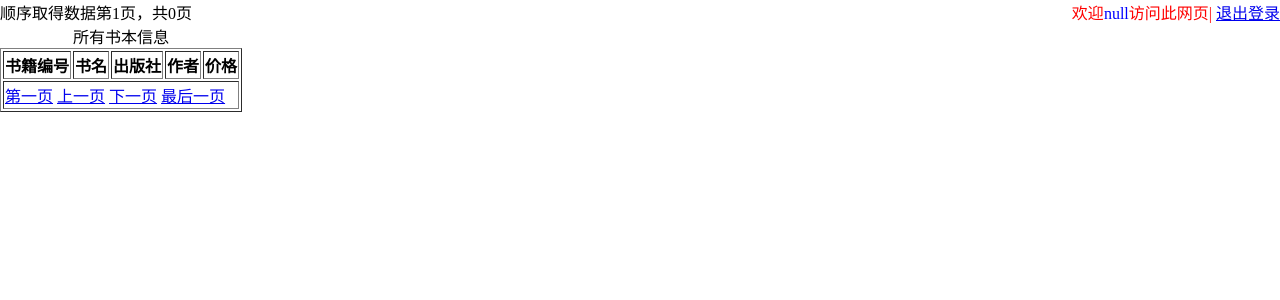
Repository: guirui-li/StudyJavaWeb
Page: http://localhost/JavawebTest/FenServlet?page=1
An editor plug-in stored every save of this project. The page is shown before and after the next save, followed by the edit.
The browser window is 1280 px wide. The pictures show the whole page.
The page is served by Tomcat 9. Other server files are loaded and not shown. Queries for data that is not in the repository find no rows.

Above is the page before, as saved 2019-05-03 07:49:10.

### JavawebTest/WebContent/experiment08/loginSuccess.jsp
<%@ page language="java" contentType="text/html; charset=UTF-8"
    pageEncoding="UTF-8"%>
<%@ page import="java.util.List" %>
<%@ page import="com.guirui.demo04.Book" %>
<!DOCTYPE html>
<html>
<head>
<meta charset="UTF-8">
<title>书本信息</title>
	<style type="text/css">
		body{
			position: relative;
			margin: 0;
			pause: 0;
		}
		#div{
			float: right;
			color: red;
		}
		#a{
			color:red;
		}
		#font{

		}
	</style>
</head>
<body>
	<%

		String name=(String)request.getSession().getAttribute("name");
		int pagee=(Integer)request.getAttribute("currPage");
		int pages=(Integer)request.getAttribute("pages");
	%>
	<div id="div">
		欢迎<font style="color:blue"><%=name%></font>访问此网页|
		<a href="experiment08/login.jsp">退出登录</a>
	</div>
	<div id="font">
		顺序取得数据第<%=pagee %>页，共<%=pages %>页
	</div>
	<table border="1" id="table">
		<caption >所有书本信息</caption>
		<tr>
			<th>书籍编号</th>
			<th>书名</th>
			<th>出版社</th>
			<th>作者</th>
			<th>价格</th>
		</tr>
		<%
			@SuppressWarnings("unchecked")
			List<Book> list=(List<Book>)request.getAttribute("list");
			for(Book b:list){
		%>
		<tr>
			<td><%=b.getBookID() %></td>
			<td><%=b.getBookName() %></td>
			<td><%=b.getPublishing_House() %></td>
			<td><%=b.getAuthor() %></td>
			<td><%=b.getPrice() %></td>
		</tr>
		<%
			}
		%>
		<tr>
			<td colspan=5>
				<%=request.getAttribute("bar") %>
			</td>
		</tr>
	</table>
</body>
</html>

### JavawebTest/src/com/guirui/demo04/FenServlet.java
package com.guirui.demo04;

import java.io.IOException;
import java.util.List;

import javax.servlet.ServletException;
import javax.servlet.annotation.WebServlet;
import javax.servlet.http.HttpServlet;
import javax.servlet.http.HttpServletRequest;
import javax.servlet.http.HttpServletResponse;

/**
 * Servlet implementation class FenServlet
 */
@WebServlet("/FenServlet")
public class FenServlet extends HttpServlet {
	private static final long serialVersionUID = 1L;

    /**
     * @see HttpServlet#HttpServlet()
     */
    public FenServlet() {
        super();
        // TODO Auto-generated constructor stub
    }

	/**
	 * @see HttpServlet#doGet(HttpServletRequest request, HttpServletResponse response)
	 */
	protected void doGet(HttpServletRequest request, HttpServletResponse response) throws ServletException, IOException {
		int currPage=1;      							//当前页数
		if(request.getParameter("page")!=null) {        //与当前页码是否相等
			currPage=Integer.parseInt(request.getParameter("page"));
		}
		Book book=new Book();
		List<Book> list=book.findAll(currPage);        //得到当前页码对应的数据库数据
		request.setAttribute("list", list);
		int pages;           				//总页数
		int count=book.findCount();         //总记录数
		if(count%Book.PAGE_SIZE==0) {       //对总页数赋值
			pages=count/Book.PAGE_SIZE;
		}else {
			pages=count/Book.PAGE_SIZE+1;
		}
		request.setAttribute("currPage", currPage);
		request.setAttribute("pages", pages);
		StringBuffer sb=new StringBuffer();
		sb.append("<a href='/JavawebTest/FenServlet?page="+1+"'>"+"第一页"+"</a>");
		sb.append(" ");
		if(currPage==1) {
			sb.append("<a href='/JavawebTest/FenServlet?page="+1+"'>"+"上一页"+"</a>");
			sb.append(" ");
		}else {
			sb.append("<a href='/JavawebTest/FenServlet?page="+(currPage-1)+"'>"+"上一页"+"</a>");
			sb.append(" ");
		}
		for(int i=1;i<=pages;i++) {
			if(i==currPage) {
				sb.append("<a href='/JavawebTest/FenServlet?page="+i+"' id='a'>"+i+"</a>");
			}else {
				sb.append("<a href='/JavawebTest/FenServlet?page="+i+"'>"+i+"</a>");
			}
			sb.append(" ");
		}
		if(currPage==pages) {
			sb.append("<a href='/JavawebTest/FenServlet?page="+pages+"'>"+"下一页"+"</a>");
			sb.append(" ");
		}else {
			sb.append("<a href='/JavawebTest/FenServlet?page="+(currPage+1)+"'>"+"下一页"+"</a>");
			sb.append(" ");
		}
		sb.append("<a href='/JavawebTest/FenServlet?page="+pages+"'>"+"最后一页"+"</a>");
		sb.append(" ");
		request.setAttribute("bar", sb.toString());
		request.getRequestDispatcher("/experiment08/loginSuccess.jsp").forward(request, response);
	}

	/**
	 * @see HttpServlet#doPost(HttpServletRequest request, HttpServletResponse response)
	 */
	protected void doPost(HttpServletRequest request, HttpServletResponse response) throws ServletException, IOException {
		// TODO Auto-generated method stub
		doGet(request, response);
	}

}

### JavawebTest/src/com/guirui/demo04/Book.java
package com.guirui.demo04;

import java.sql.Connection;
import java.sql.DriverManager;
import java.sql.PreparedStatement;
import java.sql.ResultSet;
import java.sql.SQLException;
import java.sql.Statement;
import java.util.ArrayList;
import java.util.List;

public class Book {
	private static final String forname="com.mysql.cj.jdbc.Driver";
	private static final String url="jdbc:mysql://localhost:3306/customer?serverTimezone=UTC";
	private static final String username="root";
	private static final String password="654321";
	public static final int PAGE_SIZE=3;
	String bookID;
	String bookName;
	String publishing_House;
	String author;
	int price;
	public Book(){}

	/**
	 * 쉔접宅MySQL鑒앴욋돨젯쌈
	 * @return럿쀼宅鑒앴욋돨젯쌈뚤蹶돨多痰
	 */
	public Connection getConnection(){
		Connection con = null;
		try {
			Class.forName(forname);
			con=DriverManager.getConnection(url,username,password);
		} catch (ClassNotFoundException e) {
			e.printStackTrace();
		}catch(SQLException e) {
			e.printStackTrace();
		}
		return con;
	}

	/**
	 *
	 * @param page 矜狼꿴璂돨女쯤
	 * @return 럿쀼page女뚤壇돨鑒앴
	 */
	public List<Book> findAll(int page) {
		List<Book> list=new ArrayList<Book>();
		String sql="select * from book order by bid limit ?,?";
		Connection conn=this.getConnection();
		PreparedStatement ps=null;
		ResultSet rs=null;
		try {
			ps=conn.prepareStatement(sql);
			ps.setInt(1, (page-1)*Book.PAGE_SIZE);
			ps.setInt(2, Book.PAGE_SIZE);
			rs=ps.executeQuery();
			while(rs.next()) {
				Book book=new Book();
				book.setBookID(rs.getString("bid"));
				book.setBookName(rs.getString("bname"));
				book.setPublishing_House(rs.getString("bpublishinghouse"));
				book.setAuthor(rs.getString("bauthor"));
				book.setPrice(rs.getInt("bprice"));
				list.add(book);
			}
			rs.close();
			ps.close();
			conn.close();
		} catch (Exception e) {
			e.printStackTrace();
		}
		return list;
	}
	/**
	 * 꿴璂customer鑒앴욋돨book깊돨션쩌鑒
	 * @return 럿쀼鑒앴욋櫓book깊돨悧션쩌鑒
	 */

	public int findCount() {
		int count=0;
		String sql="select count(*) from book";
		Connection conn=this.getConnection();
		Statement st=null;
		ResultSet rs=null;
		try {
			st=conn.createStatement();
			rs=st.executeQuery(sql);
			if(rs.next()) {
				count=rs.getInt(1);
			}
			rs.close();
			conn.close();
		} catch (Exception e) {
			e.printStackTrace();
		}
		return count;
	}


	public String getBookID() {
		return bookID;
	}
	public void setBookID(String bookID) {
		this.bookID = bookID;
	}
	public String getBookName() {
		return bookName;
	}
	public void setBookName(String bookName) {
		this.bookName = bookName;
	}
	public String getPublishing_House() {
		return publishing_House;
	}
	public void setPublishing_House(String publishing_House) {
		this.publishing_House = publishing_House;
	}
	public String getAuthor() {
		return author;
	}
	public void setAuthor(String author) {
		this.author = author;
	}
	public int getPrice() {
		return price;
	}
	public void setPrice(int price) {
		this.price = price;
	}

}

After the next save:
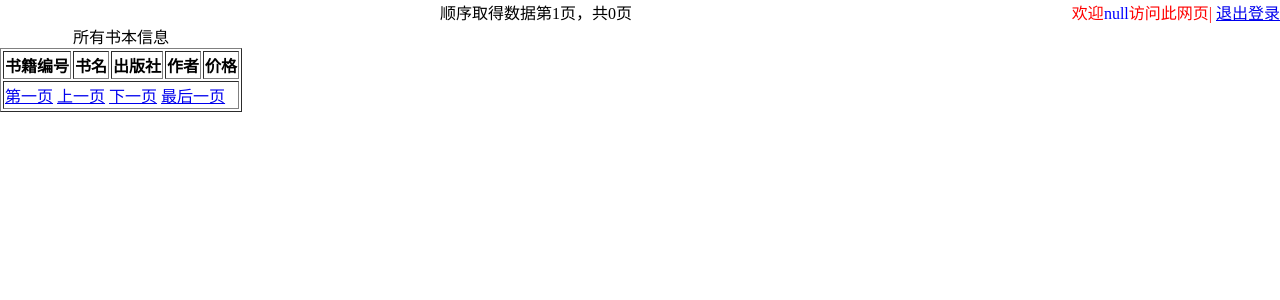
Saved 20 s later.
--- a/JavawebTest/WebContent/experiment08/loginSuccess.jsp
+++ b/JavawebTest/WebContent/experiment08/loginSuccess.jsp
@@ -21,7 +21,7 @@
 			color:red;
 		}
 		#font{
-
+			text-align: center;
 		}
 	</style>
 </head>
